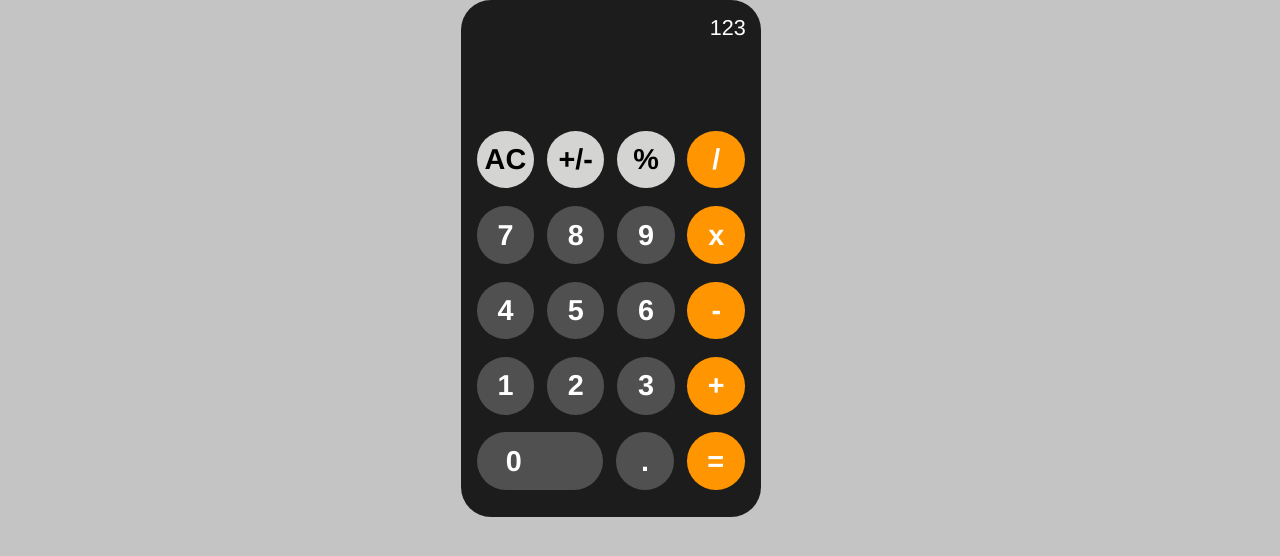
Repository: raulpenate/Calculadora-VUE3
Page: /
An editor plug-in stored every save of this project. The page is shown before and after the next save, followed by the edit.
The browser window is 1280 px wide. The pictures show the whole page.
The project was rebuilt for these pictures with package versions that can differ from the ones it lists, and the page was loaded fresh each time. Also part of the build but not shown: src/components/HelloWorld.vue.

Above is the page before, as saved 2022-03-11 14:17:55.

### src/App.vue
<template>
  <HelloWorld msg="Welcome to Your Vue.js App"/>
  <Calculator/>
</template>

<script>
import HelloWorld from './components/HelloWorld.vue'
import Calculator from './components/Calculator.vue'

export default {
  name: 'App',
  components: {
    Calculator
  }
}
</script>

<style>
#app {
  font-family: Avenir, Helvetica, Arial, sans-serif;
}
</style>

### src/components/Calculator.vue
<template>
  <div class="container">
    <div class="carcasa">
      <div class="pantalla">
        <div class="datosanteriores"><label class="">123</label></div>
        <input class="pantallainterna" type="number" name="numero" />
      </div>
      <div class="fila">
        <div class="boton gris">AC</div>
        <div class="boton gris">+/-</div>
        <div class="boton gris">%</div>
        <div class="boton orange">/</div>
      </div>
      <div class="fila">
        <div class="boton">7</div>
        <div class="boton">8</div>
        <div class="boton">9</div>
        <div class="boton orange">x</div>
      </div>
      <div class="fila">
        <div class="boton">4</div>
        <div class="boton">5</div>
        <div class="boton">6</div>
        <div class="boton orange">-</div>
      </div>
      <div class="fila">
        <div class="boton">1</div>
        <div class="boton">2</div>
        <div class="boton">3</div>
        <div class="boton orange">+</div>
      </div>
      <div class="fila final">
        <div class="boton grande">0</div>
        <div class="boton">.</div>
        <div class="boton orange">=</div>
      </div>
    </div>
  </div>
</template>

<script>
export default {};
</script>

<style>
* {
  padding: 0;
  margin: 0;
  box-sizing: border-box;
}

body {
  background: #c4c4c4;
  margin: auto 36%;
     height: 100%;
}

.container {
    height: 100%;
    width: 100%;
    display: flex;
    align-items: center;

}
/* CARCASA */

.carcasa {
  background: #1c1c1c;
  display: flex;
  flex-flow: wrap;
  justify-content: space-between;
  border-radius: 30px;
  max-width: 300px;
}

/* PANTALLA */

.pantalla {
  padding: 5%;
  display: flex;
  flex-wrap: wrap;
  align-content: stretch;
  width: 100%;
}

.pantallainterna {
  display: inline-block;
  position: relative;
  width: 100%;
  background: #1c1c1c;
  color: #ffffff;
  outline: none;
  border: none;
  text-align: right;
  font-size: 8vh;
}

input[type="number"]::-webkit-inner-spin-button,
input[type="number"]::-webkit-outer-spin-button {
  -webkit-appearance: none;
  margin: 0;
}

.datosanteriores {
  font-size: 3vh;
  width: 100%;
  color: #fff;
  text-align: right;
}

/* BOTONES */

.fila {
  width: 100%;
  font-weight: bold;
  display: flex;
  flex-flow: wrap row;
  justify-content: space-evenly;
  margin: 2%;
}

.boton {
  background: #505050;
  color: #ffffff;
  width: 20px;
  height: 20px;
  position: relative;
  font-size: 4vh;
  padding: 10%;
  display: flex;
  justify-content: center;
  align-items: center;
  border-radius: 50%;
  margin: 1%;
}

.orange {
  background: #ff9500;
}

.gris {
  background: #d4d4d2;
  color: #000;
}

.boton:hover {
  background: rgba(255, 255, 255, 0.4);
}

.orange:hover {
  background: rgba(247, 127, 72, 0.9);
}

.inicio {
  margin-top: 1%;
}

.final {
  margin-bottom: 8%;
}

.grande {
  flex-grow: 0.7;
  border-radius: 50px;
  display: flex;
  justify-content: start;
}
</style>

Loaded but not shown: public/index.html (common file); src/main.js (common file)

After the next save:
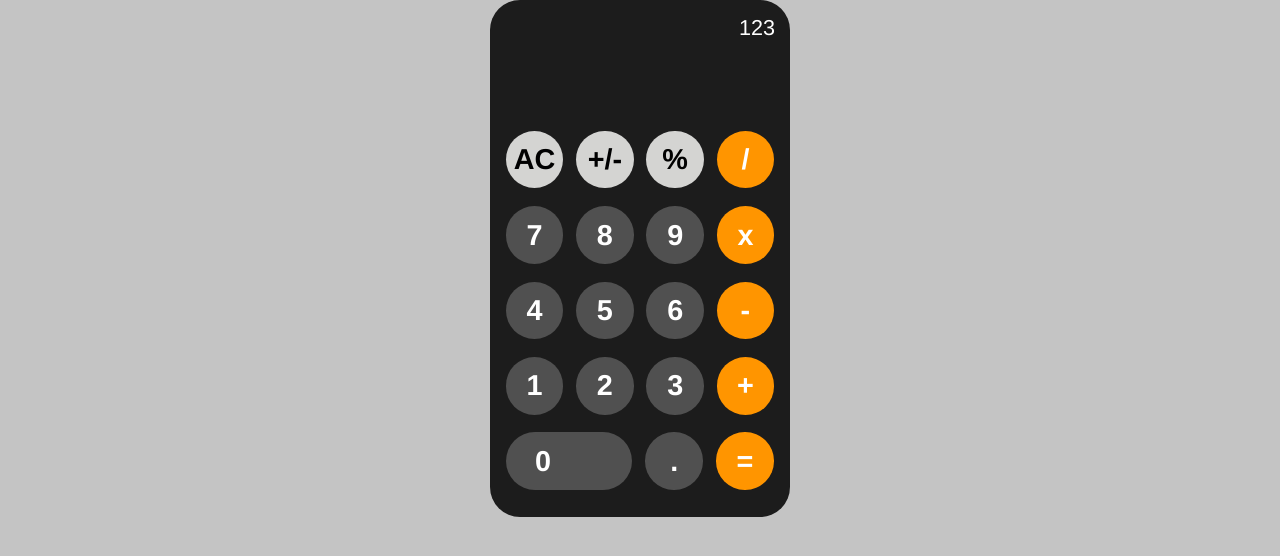
Saved 23 s later.
--- a/src/components/Calculator.vue
+++ b/src/components/Calculator.vue
@@ -59,8 +59,8 @@ body {
     height: 100%;
     width: 100%;
     display: flex;
-    align-items: center;
-
+      justify-content: center;
+  align-items: center;
 }
 /* CARCASA */
 
